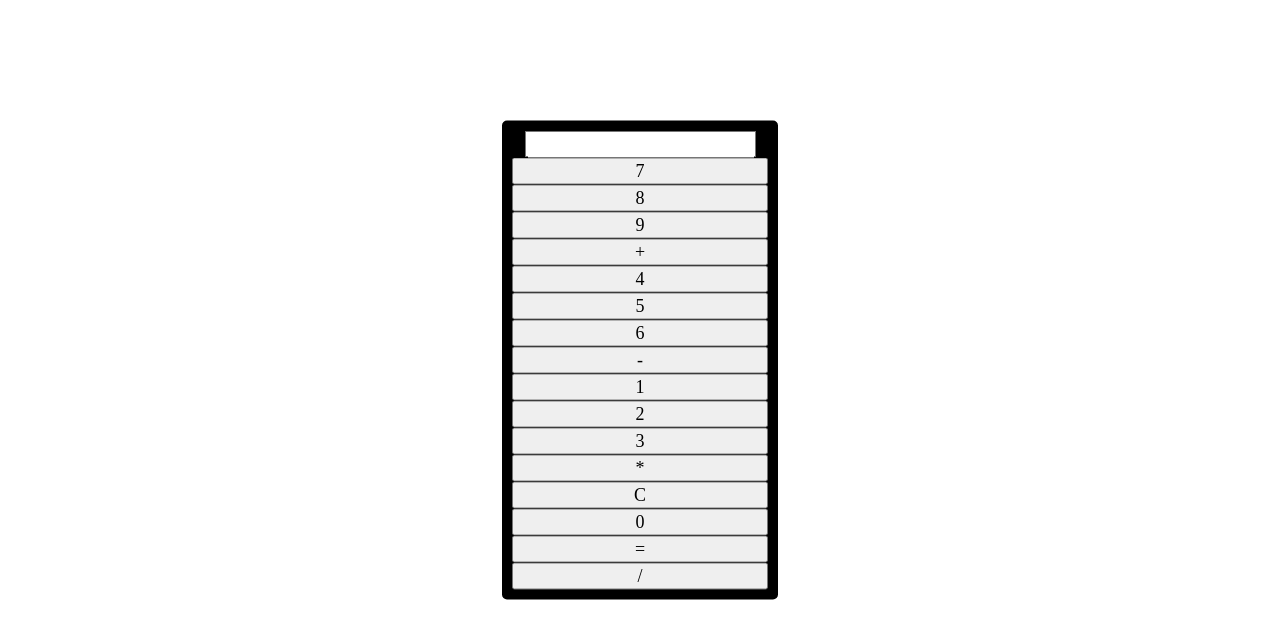
Repository: rajratangm/xcalculator
Page: /
An editor plug-in stored every save of this project. The page is shown before and after a run of saves, followed by the edit.
The browser window is 1280 px wide. The pictures show the whole page.
The project was rebuilt for these pictures with package versions that can differ from the ones it lists, and the page was loaded fresh each time. Also part of the build but not shown: vite.config.js.

Above is the page before, as saved 2024-04-03 11:06:49.

### src/App.js
import logo from './logo.svg';
import './App.css';
import { useState } from 'react';

function App() {
  const [result, setResult]= useState('')
  return (
    <>
    <div className='container'>
      <form>
        <input type='text' value={result}/>
      </form>
      <div className='keypad'>
        <button>7</button>
        <button>8</button>
        <button>9</button>
        <button>+</button>

        <button>4</button>
        <button>5</button>
        <button>6</button>
        <button>-</button>

        <button>1</button>
        <button>2</button>
        <button>3</button>
        <button>*</button>

        <button>C</button>
        <button>0</button>
        <button>=</button>
        <button>/</button>

      </div>
    </div>

    </>
  );
}

export default App;

### src/App.css
*{
  font-family: 'Robot', 'sans-serif';
  font-size: 18px;

}

body{
  display: flex;
  justify-content: center;
  align-items:center;

}

.container{
  top:50%;
  left: 50%;
  position:absolute;
  transform: translate(-50%,-50%);
  margin:0 auto;
  width: 256px;
  text-align: center;
  border: 10px solid black;
  background-color: black;
  border-radius: 5px;
}

.keypad{
  display: grid;

}

Loaded but not shown: public/index.html (common file); src/index.js (common file); src/index.css (common file); src/reportWebVitals.js (common file)

After the next 8 saves:
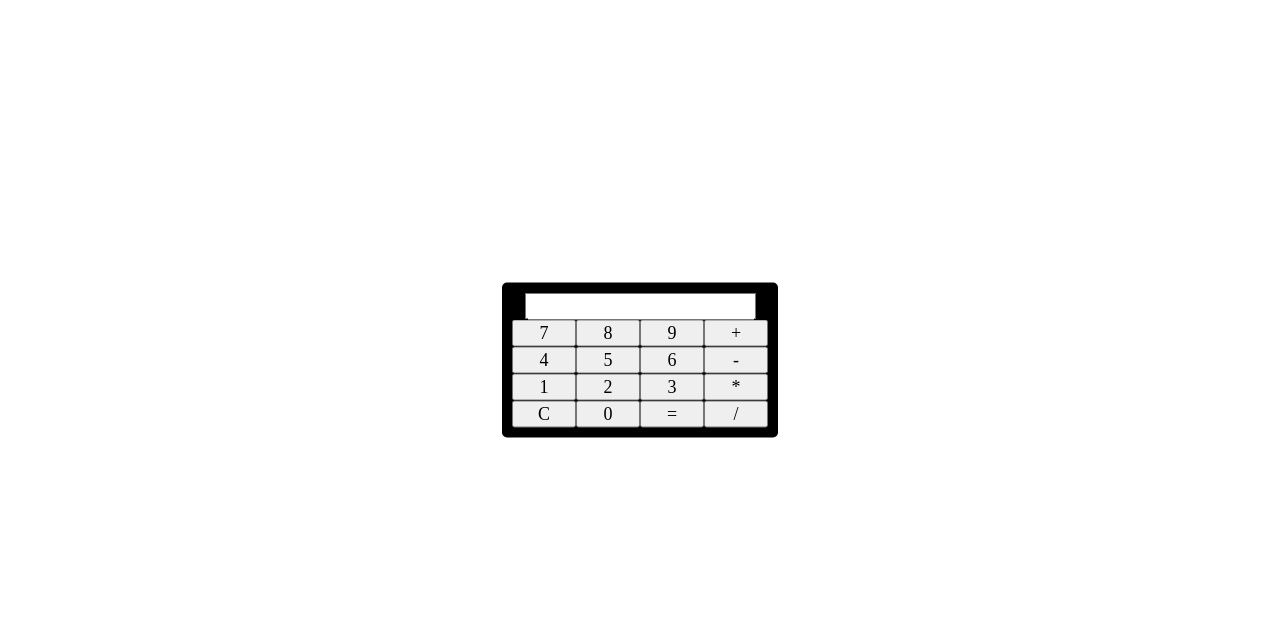
The 8 saves are shown as one change because they came seconds apart.
The last was saved 25 s later.
--- a/src/App.css
+++ b/src/App.css
@@ -26,5 +26,6 @@ body{
 
 .keypad{
   display: grid;
+  grid-template-columns: repeat(4, 1fr);
 
 }
